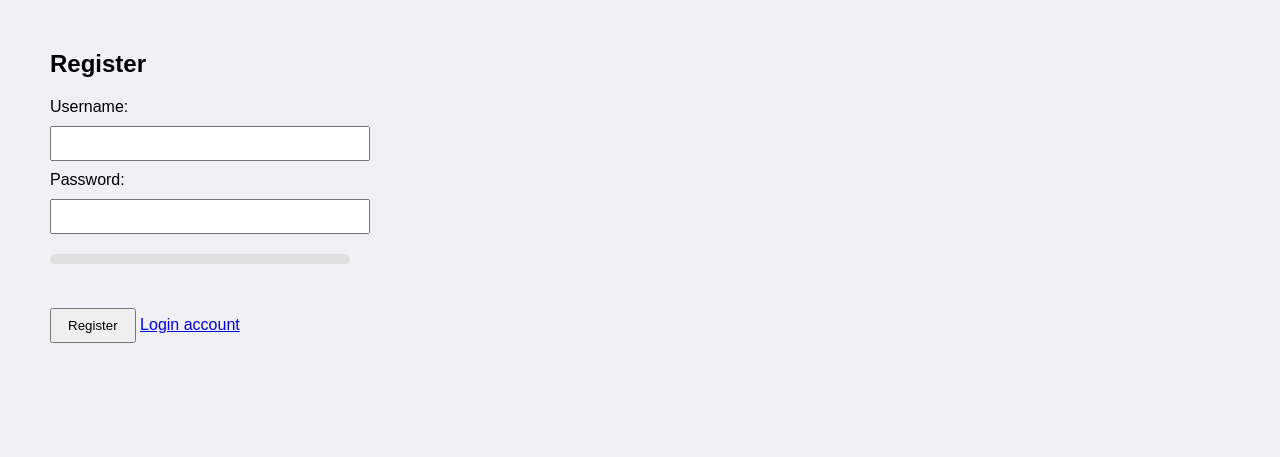
Repository: wolvicjohn/argon2
Page: http://localhost/register.php
The author's editor kept a copy of each file at every save. The page is drawn from the files as they stood at one save, then again after the next save.
The browser window is 1280 px wide. The pictures show the whole page.
The page is run by PHP 8.4 with error messages shown; the project is at /var/www/html/.

Above is the page before, as saved 2024-10-18 02:03:39.

### register.php
<?php
// Database connection
$host = 'localhost';
$db = 'argon2_auth';
$user = 'root';  // or your DB username
$pass = '';      // or your DB password

$dsn = "mysql:host=$host;dbname=$db;charset=utf8mb4";
$options = [
    PDO::ATTR_ERRMODE => PDO::ERRMODE_EXCEPTION,
    PDO::ATTR_DEFAULT_FETCH_MODE => PDO::FETCH_ASSOC,
];

try {
    $pdo = new PDO($dsn, $user, $pass, $options);
} catch (PDOException $e) {
    die("Database connection failed: " . $e->getMessage());
}

if ($_SERVER['REQUEST_METHOD'] === 'POST') {
    $username = $_POST['username'];
    $password = $_POST['password'];

    // Check if the username is already taken
    $stmt = $pdo->prepare('SELECT id FROM users WHERE username = ?');
    $stmt->execute([$username]);
    if ($stmt->fetch()) {
        die('Username is already taken');
    }

    // Hash the password using Argon2
    $passwordHash = password_hash($password, PASSWORD_ARGON2ID);

    // Insert the new user into the database
    $stmt = $pdo->prepare('INSERT INTO users (username, password_hash) VALUES (?, ?)');
    $stmt->execute([$username, $passwordHash]);

    echo "User registered successfully!";
}
?>

<!DOCTYPE html>
<html lang="en">

<head>
    <meta charset="UTF-8">
    <title>Register</title>
    <style>
        /* Basic styling */
        body {
            font-family: Arial, sans-serif;
            margin: 50px;
            background-color: #f0f0f5;
        }

        input {
            margin: 10px 0;
            padding: 8px;
            width: 300px;
        }

        button {
            padding: 8px 16px;
            margin-top: 10px;
            cursor: pointer;
        }

        .password-strength {
            margin-top: 10px;
            height: 10px;
            width: 300px;
            background-color: #e0e0e0;
            border-radius: 5px;
            overflow: hidden;
        }

        .strength-bar {
            height: 100%;
            width: 0;
            transition: width 0.3s;
        }

        .strength-weak {
            background-color: red;
        }

        .strength-medium {
            background-color: orange;
        }

        .strength-strong {
            background-color: green;
        }
    </style>
</head>

<body>
    <h2>Register</h2>
    <form action="register.php" method="POST">
        <label for="username">Username:</label><br>
        <input type="text" name="username" id="username" required><br>

        <label for="password">Password:</label><br>
        <input type="password" name="password" id="password" required><br>

        <!-- Password Strength Meter -->
        <div class="password-strength">
            <div class="strength-bar" id="strength-bar"></div>
        </div>
        <p id="strength-text"></p><br>

        <button type="submit">Register</button>
        <a href="login.php" class="button">Login account</a>
    </form>

    <script>
        const passwordInput = document.getElementById('password');
        const strengthBar = document.getElementById('strength-bar');
        const strengthText = document.getElementById('strength-text');

        passwordInput.addEventListener('input', () => {
            console.log(passwordInput.value); // Debugging: Check input capture
            const strength = calculateStrength(passwordInput.value);
            updateStrengthMeter(strength);
        });

        function calculateStrength(password) {
            let strength = 0;

            // Criteria for password strength
            if (password.length >= 8) strength++;
            if (/[A-Z]/.test(password)) strength++;
            if (/[a-z]/.test(password)) strength++;
            if (/[0-9]/.test(password)) strength++;
            if (/[^A-Za-z0-9]/.test(password)) strength++;

            return strength;
        }

        function updateStrengthMeter(strength) {
            strengthBar.className = '';  // Reset bar style

            if (strength <= 1) {
                strengthBar.style.width = '20%';
                strengthBar.classList.add('strength-weak');
                strengthText.textContent = 'Weak';
            } else if (strength <= 3) {
                strengthBar.style.width = '60%';
                strengthBar.classList.add('strength-medium');
                strengthText.textContent = 'Medium';
            } else {
                strengthBar.style.width = '100%';
                strengthBar.classList.add('strength-strong');
                strengthText.textContent = 'Strong';
            }
        }
    </script>
</body>

</html>

### styles.css
body {
    font-family: Arial, sans-serif;
    margin: 50px auto;
    padding: 20px;
    max-width: 400px;
    background-color: #a2a2a2;
    border-radius: 10px;
    box-shadow: 0 0 10px rgba(0, 0, 0, 0.1);
}

h2 {
    text-align: center;
    color: #333;
}

label {
    font-weight: bold;
    margin-top: 10px;
}

input {
    margin: 10px 0;
    padding: 10px;
    width: 100%;
    border: 1px solid #ccc;
    border-radius: 5px;
    font-size: 16px;
}

button {
    padding: 10px 20px;
    cursor: pointer;
    background-color: #4CAF50;
    color: white;
    border: none;
    border-radius: 5px;
    font-size: 16px;
    width: 100%;
    transition: background-color 0.3s;
}

button:hover {
    background-color: #45a049;
}

.password-strength {
    margin-top: 10px;
    height: 10px;
    width: 100%;
    background-color: #ddd;
    border-radius: 5px;
    overflow: hidden;
}

.strength-bar {
    height: 100%;
    width: 0%;
    transition: width 0.3s ease-in-out;
}

.strength-weak {
    background-color: red;
}

.strength-medium {
    background-color: orange;
}

.strength-strong {
    background-color: green;
}

.message {
    margin-top: 5px;
    font-size: 14px;
    font-weight: bold;
    text-align: center;
}

a {
    display: block;
    margin-top: 15px;
    text-align: center;
    text-decoration: none;
    color: #4CAF50;
}

a:hover {
    text-decoration: underline;
}

After the next save:
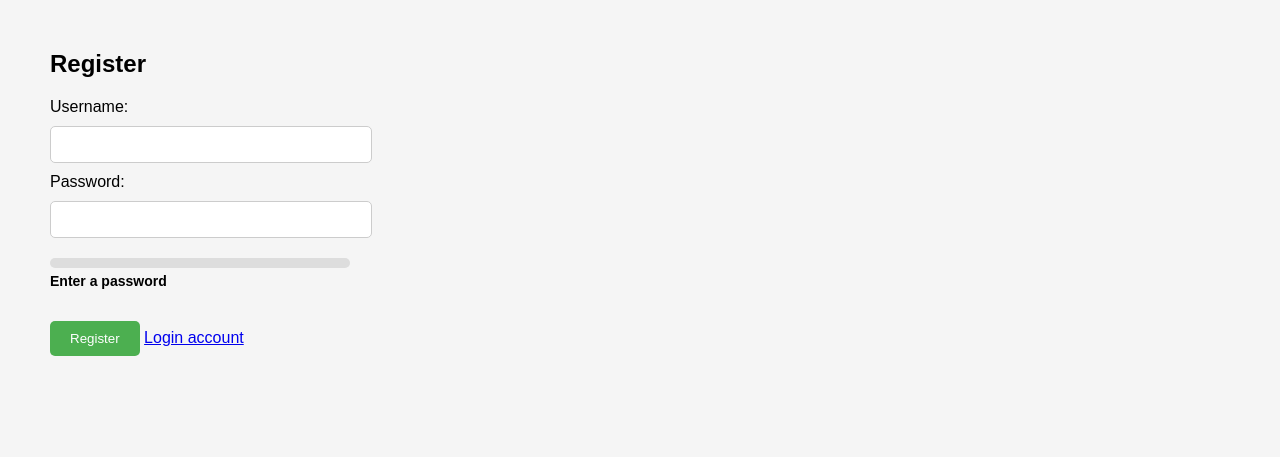
Console error: SyntaxError: Unexpected token '{'
Saved 41 s later.
--- a/register.php
+++ b/register.php
@@ -2,8 +2,8 @@
 // Database connection
 $host = 'localhost';
 $db = 'argon2_auth';
-$user = 'root';  // or your DB username
-$pass = '';      // or your DB password
+$user = 'root'; // Your database username
+$pass = '';     // Your database password
 
 $dsn = "mysql:host=$host;dbname=$db;charset=utf8mb4";
 $options = [
@@ -21,24 +21,23 @@
     $username = $_POST['username'];
     $password = $_POST['password'];
 
-    // Check if the username is already taken
+    // Check if username exists
     $stmt = $pdo->prepare('SELECT id FROM users WHERE username = ?');
     $stmt->execute([$username]);
     if ($stmt->fetch()) {
-        die('Username is already taken');
+        die('Username already taken');
     }
 
-    // Hash the password using Argon2
+    // Hash password with Argon2
     $passwordHash = password_hash($password, PASSWORD_ARGON2ID);
 
-    // Insert the new user into the database
+    // Insert user into database
     $stmt = $pdo->prepare('INSERT INTO users (username, password_hash) VALUES (?, ?)');
     $stmt->execute([$username, $passwordHash]);
 
     echo "User registered successfully!";
 }
 ?>
-
 <!DOCTYPE html>
 <html lang="en">
 
@@ -46,38 +45,42 @@
     <meta charset="UTF-8">
     <title>Register</title>
     <style>
-        /* Basic styling */
         body {
             font-family: Arial, sans-serif;
             margin: 50px;
-            background-color: #f0f0f5;
+            background-color: #f5f5f5;
         }
 
         input {
             margin: 10px 0;
-            padding: 8px;
+            padding: 10px;
             width: 300px;
+            border: 1px solid #ccc;
+            border-radius: 5px;
         }
 
         button {
-            padding: 8px 16px;
-            margin-top: 10px;
+            padding: 10px 20px;
             cursor: pointer;
+            background-color: #4CAF50;
+            color: white;
+            border: none;
+            border-radius: 5px;
         }
 
         .password-strength {
             margin-top: 10px;
             height: 10px;
             width: 300px;
-            background-color: #e0e0e0;
+            background-color: #ddd;
             border-radius: 5px;
             overflow: hidden;
         }
 
         .strength-bar {
             height: 100%;
-            width: 0;
-            transition: width 0.3s;
+            width: 0%;
+            transition: width 0.3s ease-in-out;
         }
 
         .strength-weak {
@@ -91,6 +94,12 @@
         .strength-strong {
             background-color: green;
         }
+
+        .message {
+            margin-top: 5px;
+            font-size: 14px;
+            font-weight: bold;
+        }
     </style>
 </head>
 
@@ -103,14 +112,13 @@
         <label for="password">Password:</label><br>
         <input type="password" name="password" id="password" required><br>
 
-        <!-- Password Strength Meter -->
         <div class="password-strength">
             <div class="strength-bar" id="strength-bar"></div>
         </div>
-        <p id="strength-text"></p><br>
+        <p class="message" id="strength-text">Enter a password</p><br>
 
         <button type="submit">Register</button>
-        <a href="login.php" class="button">Login account</a>
+        <a href="login.php">Login account</a>
     </form>
 
     <script>
@@ -119,15 +127,14 @@
         const strengthText = document.getElementById('strength-text');
 
         passwordInput.addEventListener('input', () => {
-            console.log(passwordInput.value); // Debugging: Check input capture
-            const strength = calculateStrength(passwordInput.value);
+            const password = passwordInput.value;
+            const strength = calculateStrength(password);
             updateStrengthMeter(strength);
         });
 
         function calculateStrength(password) {
             let strength = 0;
 
-            // Criteria for password strength
             if (password.length >= 8) strength++;
             if (/[A-Z]/.test(password)) strength++;
             if (/[a-z]/.test(password)) strength++;
@@ -138,20 +145,23 @@
         }
 
         function updateStrengthMeter(strength) {
-            strengthBar.className = '';  // Reset bar style
+            // Reset the strength bar
+            strengthBar.className = 'strength-bar';
+            strengthBar.style.width = ${ strength * 20 }%;
 
+            // Set the color and text based on strength
             if (strength <= 1) {
-                strengthBar.style.width = '20%';
                 strengthBar.classList.add('strength-weak');
                 strengthText.textContent = 'Weak';
+                strengthText.style.color = 'red';
             } else if (strength <= 3) {
-                strengthBar.style.width = '60%';
                 strengthBar.classList.add('strength-medium');
                 strengthText.textContent = 'Medium';
+                strengthText.style.color = 'orange';
             } else {
-                strengthBar.style.width = '100%';
                 strengthBar.classList.add('strength-strong');
                 strengthText.textContent = 'Strong';
+                strengthText.style.color = 'green';
             }
         }
     </script>

After the save that followed:
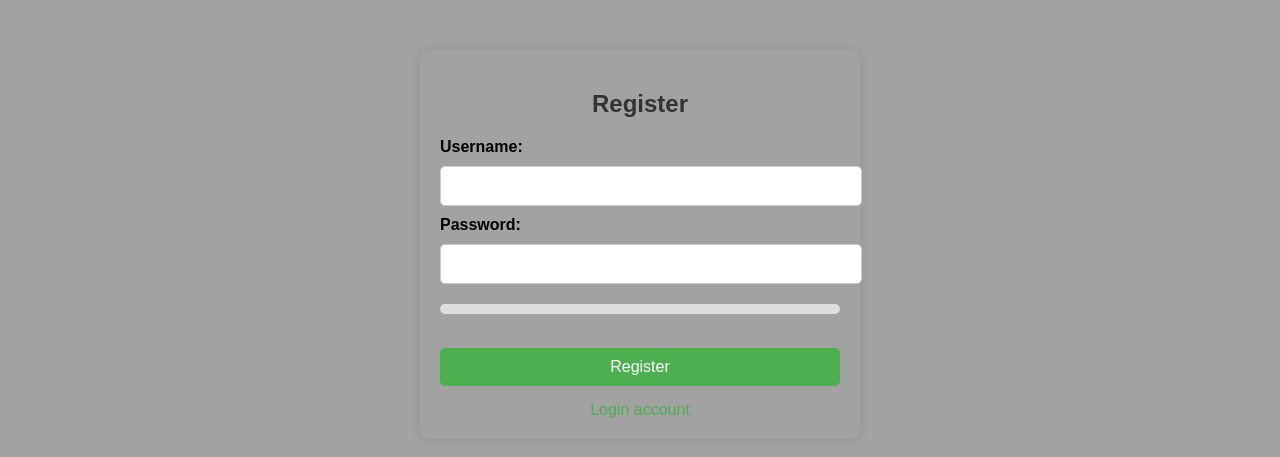
The error is gone.
Saved 116 s later.
--- a/register.php
+++ b/register.php
@@ -2,8 +2,8 @@
 // Database connection
 $host = 'localhost';
 $db = 'argon2_auth';
-$user = 'root'; // Your database username
-$pass = '';     // Your database password
+$user = 'root';  // or your DB username
+$pass = '';      // or your DB password
 
 $dsn = "mysql:host=$host;dbname=$db;charset=utf8mb4";
 $options = [
@@ -21,105 +21,52 @@
     $username = $_POST['username'];
     $password = $_POST['password'];
 
-    // Check if username exists
+    // Check if the username is already taken
     $stmt = $pdo->prepare('SELECT id FROM users WHERE username = ?');
     $stmt->execute([$username]);
     if ($stmt->fetch()) {
-        die('Username already taken');
+        die('Username is already taken');
     }
 
-    // Hash password with Argon2
+    // Hash the password using Argon2
     $passwordHash = password_hash($password, PASSWORD_ARGON2ID);
 
-    // Insert user into database
+    // Insert the new user into the database
     $stmt = $pdo->prepare('INSERT INTO users (username, password_hash) VALUES (?, ?)');
     $stmt->execute([$username, $passwordHash]);
 
     echo "User registered successfully!";
 }
 ?>
+
 <!DOCTYPE html>
 <html lang="en">
 
 <head>
     <meta charset="UTF-8">
     <title>Register</title>
-    <style>
-        body {
-            font-family: Arial, sans-serif;
-            margin: 50px;
-            background-color: #f5f5f5;
-        }
-
-        input {
-            margin: 10px 0;
-            padding: 10px;
-            width: 300px;
-            border: 1px solid #ccc;
-            border-radius: 5px;
-        }
-
-        button {
-            padding: 10px 20px;
-            cursor: pointer;
-            background-color: #4CAF50;
-            color: white;
-            border: none;
-            border-radius: 5px;
-        }
-
-        .password-strength {
-            margin-top: 10px;
-            height: 10px;
-            width: 300px;
-            background-color: #ddd;
-            border-radius: 5px;
-            overflow: hidden;
-        }
-
-        .strength-bar {
-            height: 100%;
-            width: 0%;
-            transition: width 0.3s ease-in-out;
-        }
-
-        .strength-weak {
-            background-color: red;
-        }
-
-        .strength-medium {
-            background-color: orange;
-        }
-
-        .strength-strong {
-            background-color: green;
-        }
-
-        .message {
-            margin-top: 5px;
-            font-size: 14px;
-            font-weight: bold;
-        }
-    </style>
+    <link rel="stylesheet" href="styles.css">
 </head>
 
 <body>
-    <h2>Register</h2>
-    <form action="register.php" method="POST">
-        <label for="username">Username:</label><br>
-        <input type="text" name="username" id="username" required><br>
+    <div class="container">
+        <h2>Register</h2>
+        <form action="register.php" method="POST">
+            <label for="username">Username:</label><br>
+            <input type="text" name="username" id="username" required><br>
 
-        <label for="password">Password:</label><br>
-        <input type="password" name="password" id="password" required><br>
+            <label for="password">Password:</label><br>
+            <input type="password" name="password" id="password" required><br>
 
-        <div class="password-strength">
-            <div class="strength-bar" id="strength-bar"></div>
-        </div>
-        <p class="message" id="strength-text">Enter a password</p><br>
+            <div class="password-strength">
+                <div class="strength-bar" id="strength-bar"></div>
+            </div>
+            <p id="strength-text"></p><br>
 
-        <button type="submit">Register</button>
-        <a href="login.php">Login account</a>
-    </form>
+            <button type="submit">Register</button>
+            <a href="login.php" class="button">Login account</a>
+        </form>
+    </div>
 
     <script>
         const passwordInput = document.getElementById('password');
@@ -127,8 +74,7 @@
         const strengthText = document.getElementById('strength-text');
 
         passwordInput.addEventListener('input', () => {
-            const password = passwordInput.value;
-            const strength = calculateStrength(password);
+            const strength = calculateStrength(passwordInput.value);
             updateStrengthMeter(strength);
         });
 
@@ -145,23 +91,20 @@
         }
 
         function updateStrengthMeter(strength) {
-            // Reset the strength bar
-            strengthBar.className = 'strength-bar';
-            strengthBar.style.width = ${ strength * 20 }%;
+            strengthBar.className = '';
 
-            // Set the color and text based on strength
             if (strength <= 1) {
+                strengthBar.style.width = '20%';
                 strengthBar.classList.add('strength-weak');
                 strengthText.textContent = 'Weak';
-                strengthText.style.color = 'red';
             } else if (strength <= 3) {
+                strengthBar.style.width = '60%';
                 strengthBar.classList.add('strength-medium');
                 strengthText.textContent = 'Medium';
-                strengthText.style.color = 'orange';
             } else {
+                strengthBar.style.width = '100%';
                 strengthBar.classList.add('strength-strong');
                 strengthText.textContent = 'Strong';
-                strengthText.style.color = 'green';
             }
         }
     </script>
